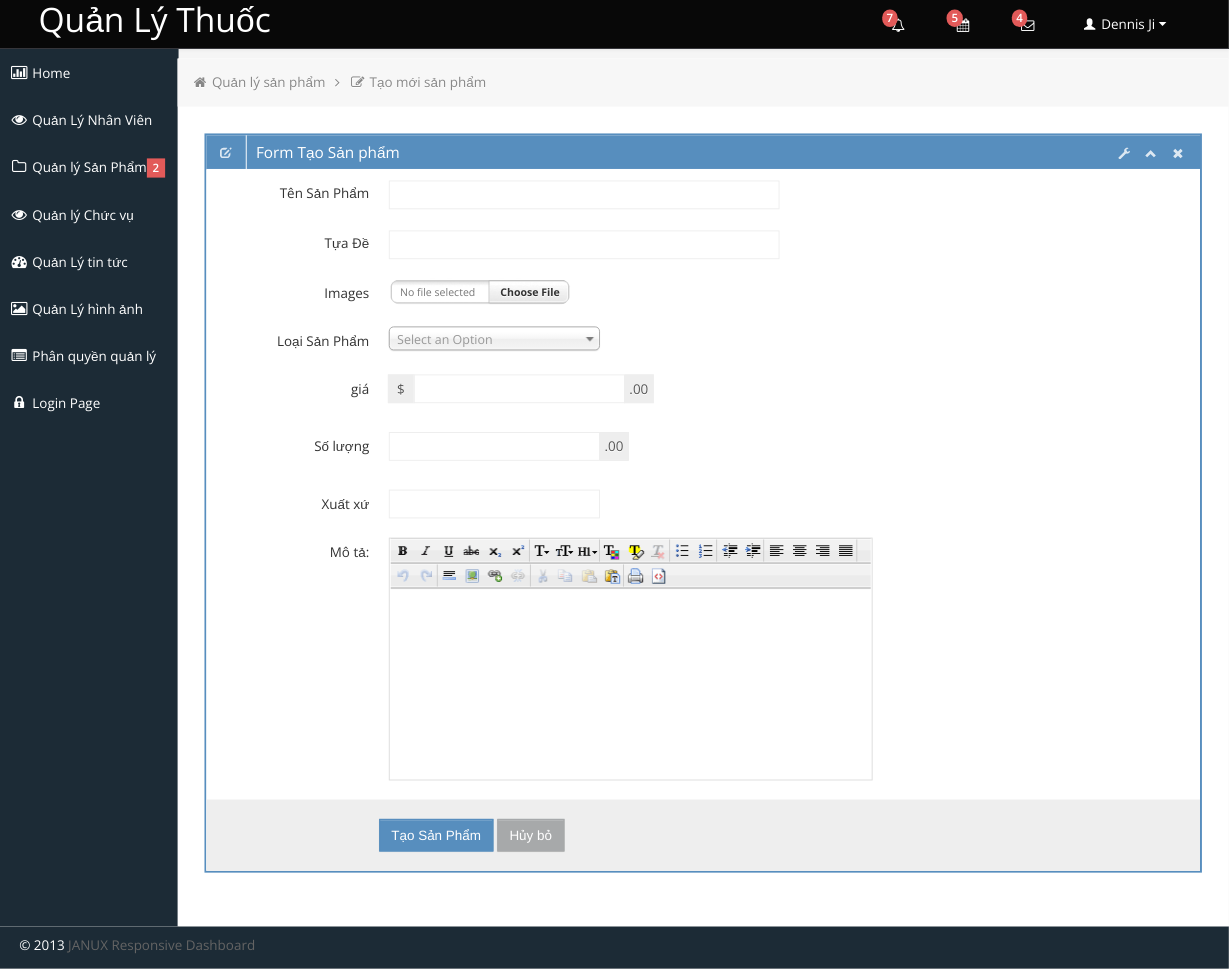
Repository: quangqt/QuanLyThuoc
Page: http://localhost/QuanLyThuoc/createProduct
An editor plug-in stored every save of this project. The page is shown before and after the next save, followed by the edit.
The browser window is 1280 px wide. The pictures show the whole page, at 96% of full size.
The page is served by Tomcat 9. Queries for data that is not in the repository find no rows.

Above is the page before, as saved 2018-05-03 04:04:48.

After the next save:
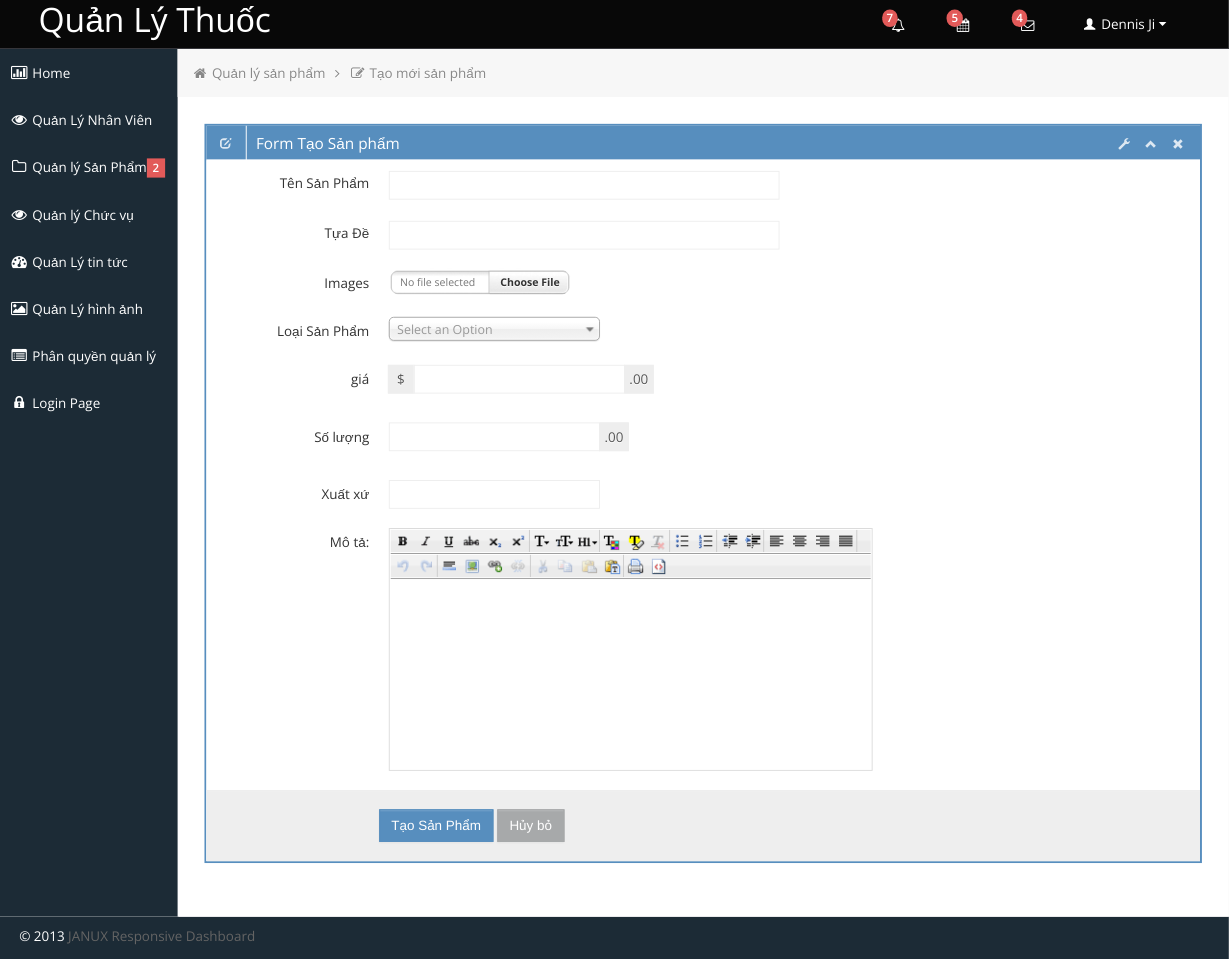
Saved 5 min 56 s later.
--- a/web-duoc/QuanLyThuoc/WebContent/WEB-INF/admin/createProduct.jsp
+++ b/web-duoc/QuanLyThuoc/WebContent/WEB-INF/admin/createProduct.jsp
@@ -24,7 +24,6 @@ function format_curency(a) {
 			<jsp:include page="_menu.jsp"></jsp:include>
 			<!-- end: Main Menu -->
 			<!-- start: Content -->
-				<p style="color:red">${error }</p>
 			<div id="content" class="span10">
 				<ul class="breadcrumb">
 					<li><i class="icon-home"></i> <a href="index.html">Quản
